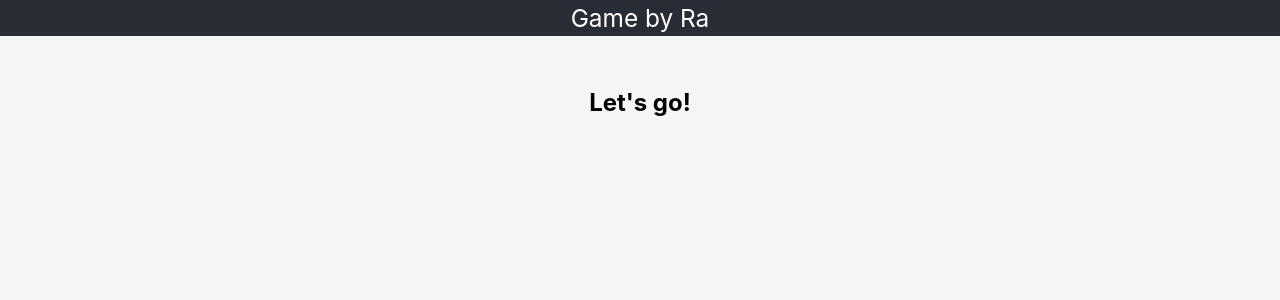
Repository: Sergioramasano/ramos-game
Page: /
These files come from the project's save history. The page is drawn as it stood at one moment and after the next save; the edit follows.
The browser window is 1280 px wide. The pictures show the whole page.
The project was rebuilt for these pictures with package versions that can differ from the ones it lists, and the page was loaded fresh each time.

Above is the page before, as saved 2021-02-11 14:24:29.

### public/index.html
<!DOCTYPE html>
<html lang="en">
  <head>
    <meta charset="utf-8" />
    <link rel="icon" href="%PUBLIC_URL%/favicon.ico" />
    <meta name="viewport" content="width=device-width, initial-scale=1" />
    <meta name="theme-color" content="#000000" />
    <meta
      name="description"
      content="Web site created using create-react-app"
    />
    <link rel="apple-touch-icon" href="%PUBLIC_URL%/logo192.png" />
    <link rel="manifest" href="%PUBLIC_URL%/manifest.json" />
    <title>Game by Ra</title>
  </head>
  <body>
    <noscript>You need to enable JavaScript to run this app.</noscript>
    <div id="root"></div>
  </body>
</html>

### src/App.js
import "./App.css";
import GameBox from "./components/GameBox/GameBox";

const App = () => {
  return (
    <div className="App">
      <header className="App-header">Game by Ra</header>
      <GameBox></GameBox>
    </div>
  );
};

export default App;

### src/App.css
.App {
  text-align: center;
}

.App-header {
  background-color: #282c34;
  height: 5vh;
  display: flex;
  flex-direction: column;
  align-items: center;
  justify-content: center;
  font-size: calc(10px + 2vmin);
  color: white;
}

### src/components/GameBox/GameBox.js
import React from "react";
import styles from "./Gamebox.module.css";

const GameBox = () => {
  return (
    <main className={styles.gamebox}>
      <h2>Let's go!</h2>
    </main>
  );
};

export default GameBox;

### src/components/GameBox/Gamebox.module.css
.gamebox {
  height: 95vh;
  background-color: whitesmoke;
  padding: 2rem;
  box-sizing: border-box;
}

Loaded but not shown: src/index.js (common file); src/index.css (common file)

After the next save:
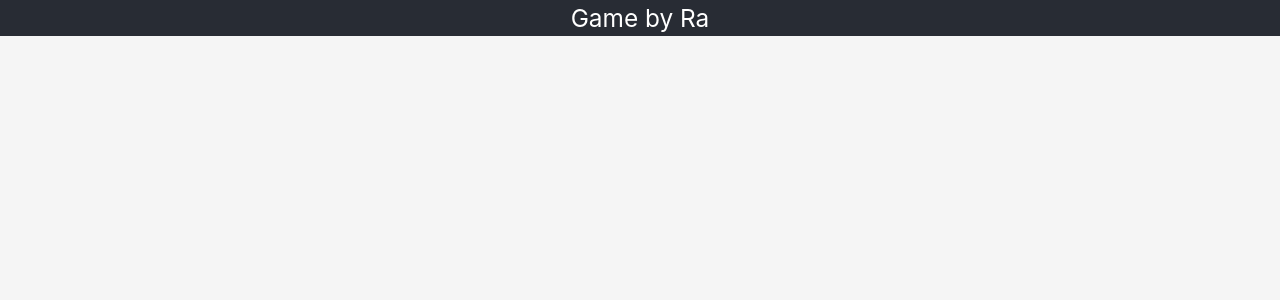
Saved 8 s later.
--- a/src/components/GameBox/GameBox.js
+++ b/src/components/GameBox/GameBox.js
@@ -2,11 +2,7 @@
 import styles from "./Gamebox.module.css";
 
 const GameBox = () => {
-  return (
-    <main className={styles.gamebox}>
-      <h2>Let's go!</h2>
-    </main>
-  );
+  return <main className={styles.gamebox}></main>;
 };
 
 export default GameBox;
